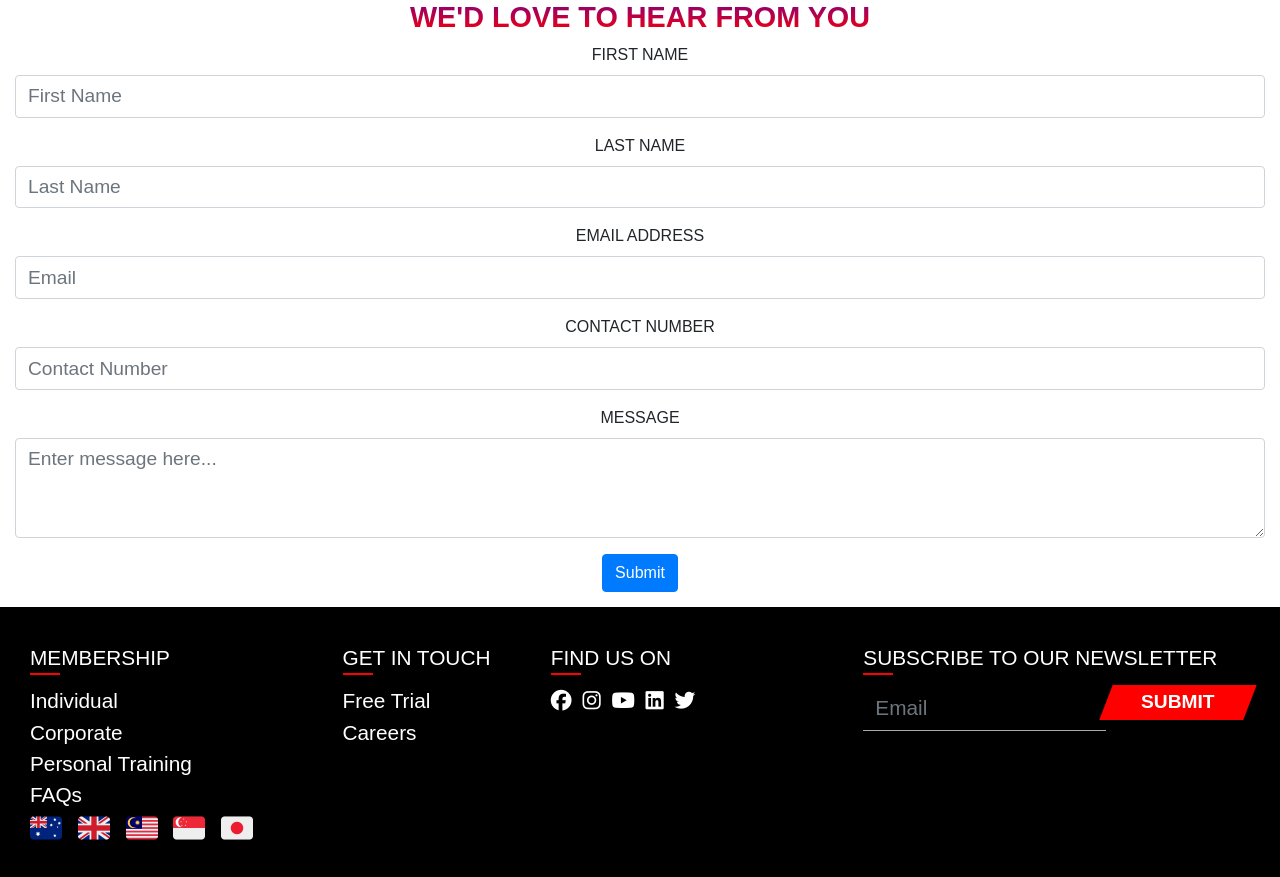
Repository: KJY93/User_Centric_Frontend_Development_Project
Page: contact.html
The author's editor kept a record of every edit. The page is drawn from the files as they stood at one moment, then again after the next edit.
The browser window is 1280 px wide. The pictures show the part of the page from y = 263 to 1164 px (the page is 1140 px tall before and 1164 px after).
Some web fonts or font styles are not loaded; a fallback is used. Some web libraries are served in a nearby version.

Above is the page before.

### contact.html
<!DOCTYPE html>
<html lang="en-US">
	<head>
	    <meta charset="UTF-8">
	    <meta name="viewport" content="width=device-width, initial-scale=1.0">
	    <meta http-equiv="X-UA-Compatible" content="ie=edge">
	    <title>Shape Shifters | Our Clubs</title>

		<!-- Google Fonts -->
	    <link href="https://fonts.googleapis.com/css?family=Cute+Font&display=swap" rel="stylesheet">

	    <!-- Logo -->
	    <link rel="icon" href="static/fitness-logo.ico">

	    <!-- Bootstrap CSS -->
	    <link rel="stylesheet" href="https://stackpath.bootstrapcdn.com/bootstrap/4.3.1/css/bootstrap.min.css" integrity="sha384-ggOyR0iXCbMQv3Xipma34MD+dH/1fQ784/j6cY/iJTQUOhcWr7x9JvoRxT2MZw1T" crossorigin="anonymous">

	    <!-- External CSS StyleSheet -->
		<link rel="stylesheet" type="text/css" href="static/styles.css">

		<!-- Bootstrap JS -->
	    <script src="https://code.jquery.com/jquery-3.3.1.slim.min.js" integrity="sha384-q8i/X+965DzO0rT7abK41JStQIAqVgRVzpbzo5smXKp4YfRvH+8abtTE1Pi6jizo" crossorigin="anonymous"></script>
	    <script src="https://cdnjs.cloudflare.com/ajax/libs/popper.js/1.14.7/umd/popper.min.js" integrity="sha384-UO2eT0CpHqdSJQ6hJty5KVphtPhzWj9WO1clHTMGa3JDZwrnQq4sF86dIHNDz0W1" crossorigin="anonymous"></script>
	    <script src="https://stackpath.bootstrapcdn.com/bootstrap/4.3.1/js/bootstrap.min.js" integrity="sha384-JjSmVgyd0p3pXB1rRibZUAYoIIy6OrQ6VrjIEaFf/nJGzIxFDsf4x0xIM+B07jRM" crossorigin="anonymous"></script>

	    <!-- Font Awesome -->
	    <script src="https://kit.fontawesome.com/3df94da5fe.js"></script>
	</head>
	<body>
	    <main>
	        <!-- Navbar -->
			<nav class="navbar navbar-expand-md navbar-dark bg-danger">
			  	<a class="navbar-brand" href="#"><i class="fas fa-home"></i></a>
			  	<button class="navbar-toggler" type="button" data-toggle="collapse" data-target="#navbarNav">
			    <span class="navbar-toggler-icon"></span>
			  	</button>
			  	<div class="collapse navbar-collapse" id="navbarNav">
			    	<ul class="navbar-nav ml-auto">
			      		<li class="nav-item">
			        		<a class="nav-link" href="#">Clubs</a>
			      		</li>
			      		<li class="nav-item">
			        		<a class="nav-link" href="#">Timetables</a>
			      		</li>
			    	</ul>

			    	<ul class="navbar-nav ml-auto">
			      		<li class="nav-item">
			        		<a class="nav-link" href="#">Contact Us</a>
			      		</li>
			    	</ul>
			  	</div>
			</nav>

			<!-- Timetables background -->
			<div id="contact-us-background"></div>

			<!-- Contact Us Header-->
			<div>
				<h1 class="club-header contact-us"><strong>WE'D LOVE TO HEAR FROM YOU</strong></h1>
			</div>

			<div class="container-fluid">

                <form method="post" action="">
                    <div class="form-group">
                        <div class="form-attribute"><label for="firstname">FIRST NAME</label></div>
                        <input type="text" class="form-control form-placeholder" id="firstname" placeholder="First Name">
                    </div>

                    <div class="form-group">
                        <div class="form-attribute"><label for="lastname">LAST NAME</label></div>
                        <input type="text" class="form-control form-placeholder" id="lastname" placeholder="Last Name">
                    </div>

                    <div class="form-group">
                        <div class="form-attribute"><label for="email-address">EMAIL ADDRESS</label></div>
                        <input type="email" class="form-control form-placeholder" id="email-address" placeholder="Email">
                    </div>

                    <div class="form-group">
                        <div class="form-attribute"><label for="contact-number">CONTACT NUMBER</label></div>
                        <input type="text" class="form-control form-placeholder" id="contact-number" placeholder="Contact Number">
                    </div>

                    <div class="form-group">
                        <div class="form-attribute"><label for="message-field">MESSAGE</label></div>
                        <textarea class="form-control form-placeholder" id="message-field" rows="3" placeholder="Enter message here..."></textarea>
                    </div>

                    <div class="generic-submit-btn-container"><button type="submit" class="btn btn-primary">Submit</button></div>
                </form>
			</div>

			<!-- Footer -->
			<footer>
				<div class="container-fluid">
					<div class="row">
						<div class="col-sm-12 col-md-3">
							<div>MEMBERSHIP</div>
							<div class="separator"></div>
							<div>Individual</div>
							<div>Corporate</div>
							<div>Personal Training</div>
							<div>FAQs</div>
						</div>

						<div class="col-sm-12 col-md-2">
							<div>GET IN TOUCH</div>
							<div class="separator"></div>
							<div>Free Trial</div>
							<div>Careers</div>
						</div>

						<div class="col-sm-12 col-md-3">
							<div>FIND US ON</div>
							<div class="separator"></div>
							<div>
								<i class="fab fa-facebook social-media-logo"></i>
								<i class="fab fa-instagram social-media-logo"></i>
								<i class="fab fa-youtube social-media-logo"></i>
								<i class="fab fa-linkedin social-media-logo"></i>
								<i class="fab fa-twitter social-media-logo"></i>
							</div>
						</div>

						<div class="col-sm-12 col-md-4">
							<div>SUBSCRIBE TO OUR NEWSLETTER</div>

							<div class="separator"></div>

							<form method="post" action="">
								<div class="input-field-container">
									<div class="form-group">
										<input input id="subscription" type="email" class="form-control" placeholder="Email" required>
									</div>

									<div class="each">
										<button type="button" class="submit-btn" value="submit"><span>SUBMIT</span></button>
									</div>
								</div>
							</form>
						</div>

						<div class="col-sm-12">
							<img class="flag-logo" src="static/australia-flag.png" alt="australia flag"/>
							<img class="flag-logo" src="static/uk-flag.png" alt="uk flag"/>
							<img class="flag-logo" src="static/mys-flag.png" alt="malaysia flag"/>
							<img class="flag-logo" src="static/sg-flag.png" alt="singapore flag"/>
							<img class="flag-logo" src="static/jpn-flag.png" alt="japan flag"/>
						</div>
					</div>
				</div>
			</footer>

	   </main>
	</body>
</html>

### static/styles.css
body, html {
	height: 100%;
}

body {
	font-family: 'Cute Font', cursive, sans-serif;
}

#subscription {
  background: transparent;
  border: none;
  border-bottom: 1px solid #a9a9a9;
  box-shadow: none;
  border-radius: 0;
}

.iframe-video-size {
	width: 300px;
	height: 320px;
}

.social-media-logo {
	margin-right: 5px;
}

.separator {
	margin-bottom: 10px;
	height: 2px;
	width: 30px;
	background: rgb(255, 0, 0);
	z-index: 1;
}

.row {
	margin-left: 0;
	margin-right: 0;
}

#advert > h1 {
	color: #ffffff;
}

#signup-link {
	color: #ffffff;
}

input[type="email"] {
 	font-size: 1em;
}

.col-sm-12, .col-md-6, .nav-link, #signup-link {
	font-size: 1.3em;
}

.link-deco:link {
	text-decoration: none;
}

.link-deco:hover {
	font-size:120%;
}

.link-font-color, button > .link-deco:hover {
	color: #ffffff;
}

.box2, .box3 {
	background: rgba(255,117,117,0.1);
}

.button-container, p, .challenge-container, #signup-container, .box3, .box2 {
	text-align: center;
}

#divider {
	width: 100%;
	border: 1px solid black;
}

footer {
	padding-top: 35px;
	padding-bottom: 35px;
	background: rgba(0, 0, 0);
	color: #ffffff;
}

.box1 {
	background:url('../static/background-mobile.jpg');
	background-repeat: no-repeat;
	background-size: 100% 100%;
	height: 400px;
	display: flex;
	align-items: center;
	justify-content: center;
}

/*https://codepen.io/adamjohnson/pen/aokGt*/
/* Skew button design adapted from the above codepen project*/
.submit-btn {
	color: #fff;
	background: #ff0000;
	font-weight: 700;
	text-align: center;
	text-decoration: none;
	border: 0;
	outline: 0;
	font-size: 1.2rem;
	padding: 12px 35px;
	display: inline-block;
	transform: skew(-21deg);
	border-radius: 0;
}

.input-field-container {
	display: flex;
	flex-direction: row;
}

.submit-btn:hover {
	background: #0069a8;
}

span {
	display: inline-block; /* change to inline-block so that the text can be un-skewed*/
}

.submit-btn > span {
	-webkit-transform: skew(21deg);  /* Un-skew the text */
}

.btn-group {
	padding-left: 15px;
}

.flag-logo {
	padding-right: 10px;
}

#club-header-background {
	background:url('../static/bodycombat.jpg');
	background-repeat: no-repeat;
	background-size: 100% 100%;
	height: 200px;
}

.club-header {
	text-align: center;
	background: linear-gradient(to top, #ff0000 , #800080);
	-webkit-background-clip: text;
	-webkit-text-fill-color: transparent;
	font-size: 2.5em;
}

.location {
	display: flex;
	flex-direction: column;
	justify-content: center;
	align-items: center;
	color: #ffffff;
	margin-bottom: 20px;
}

.location:link {
	text-decoration: none;
}

.location:hover {
	opacity: 0.8;
}

.location:hover .location-name, .location:hover .club-info {
	background: linear-gradient(to top, #ff0000 , #ff9800);
	-webkit-background-clip: text;
	-webkit-text-fill-color: transparent;
}

.location-name {
	font-size: 2.3em;
}

.club-info {
	font-size: 1.2em;
	border: 1px solid #ffffff;
	padding-left: 20px;
	padding-right: 20px;
	border-radius: 20px;
}

#location-image-1 {
	background:url('../static/paragon.jpg');
    background-size: 100% 100%;
    background-repeat: no-repeat;
    background-position: center;
	border-radius: 10px;
	height: 250px;
}

#location-image-2 {
	background:url('../static/clarke-quay.jpg');
    background-size: 100% 100%;
    background-repeat: no-repeat;
    background-position: center;
	border-radius: 10px;
	height: 250px;
}

#location-image-3 {
	background:url('../static/tanjongpagar.jpg');
    background-size: 100% 100%;
    background-repeat: no-repeat;
    background-position: center;
	border-radius: 10px;
	height: 250px;
}

#location-image-4 {
	background:url('../static/vivocity.jpg');
    background-size: 100% 100%;
    background-repeat: no-repeat;
    background-position: center;
	border-radius: 10px;
	height: 250px;
}

#location-image-5 {
	background:url('../static/rafflesplace.jpg');
    background-size: 100% 100%;
    background-repeat: no-repeat;
    background-position: center;
	border-radius: 10px;
	height: 250px;
}

#location-image-6 {
	background:url('../static/rafflesmall.jpg');
    background-size: 100% 100%;
    background-repeat: no-repeat;
    background-position: center;
	border-radius: 10px;
	height: 250px;
}

#timetables-header-background {
	background:url('../static/groupyoga.jpg');
	background-repeat: no-repeat;
	background-size: 100% 100%;
	height: 250px;
}

/* override text alignment and font-size*/
.table {
	text-align: center;
	font-size: 1.3rem;
}

#contact-us-background {
	background:url('../static/reachout.jpg');
	background-repeat: no-repeat;
	background-size: 100% 100%;
	height: 200px;
}


.generic-submit-btn-container, .form-attribute {
	text-align: center;
}

.contact-us {
	font-size: 1.8em;
}

.generic-submit-btn-container {
	margin-bottom: 15px;
}

#contact-form, .form-placeholder:placeholder-shown, textarea:placeholder-shown {
  font-size: 1.2em;
}

/* for extra small device */
@media (max-width: 400px) {
	.iframe-video-size {
	width: 260px;
	height: 320px;
	}

	#club-header-background {
		height: 160px;
	}

	.club-header {
		font-size: 2.0em;
	}

	.location-name {
		font-size: 2.0em;
	}

	.club-info {
		font-size: 1.0em;
	}

	.contact-us {
		font-size: 1.5em;
	}
}

/* for medium screen device */
@media (min-width: 768px) and (max-width: 991.98px) {
	.box1 {
		background:url('../static/background.jpg');
		background-repeat: no-repeat;
		height: 550px;
		background-size: 100% 100%;
	}

	.box2 {
		text-align: center;
	}

	.btn-group {
		padding-left: 0;
	}

	.iframe-video-size {
		width: 340px;
		height: 320px;
	}

	#timetables-header-background {
		height: 450px;
	}

	.table {
		font-size: 1.8rem;
	}

	#contact-us-background {
		height: 450px;
	}

	.form-attribute, .form-placeholder:placeholder-shown, textarea:placeholder-shown {
	  font-size: 1.8em;
	}
}

/* for large screen device */
@media (min-width: 992px) {
	.box1 {
		height: 600px;
	}

	.btn-group {
		padding-left: 0;
	}

	.submit-btn {
		padding: 3px 35px;
	}

	.iframe-video-size {
		width: 470px;
		height: 320px;
	}

	#club-header-background {
		height: 376px;
	}

	#timetables-header-background {
		height: 600px;
	}
}

After the next edit:
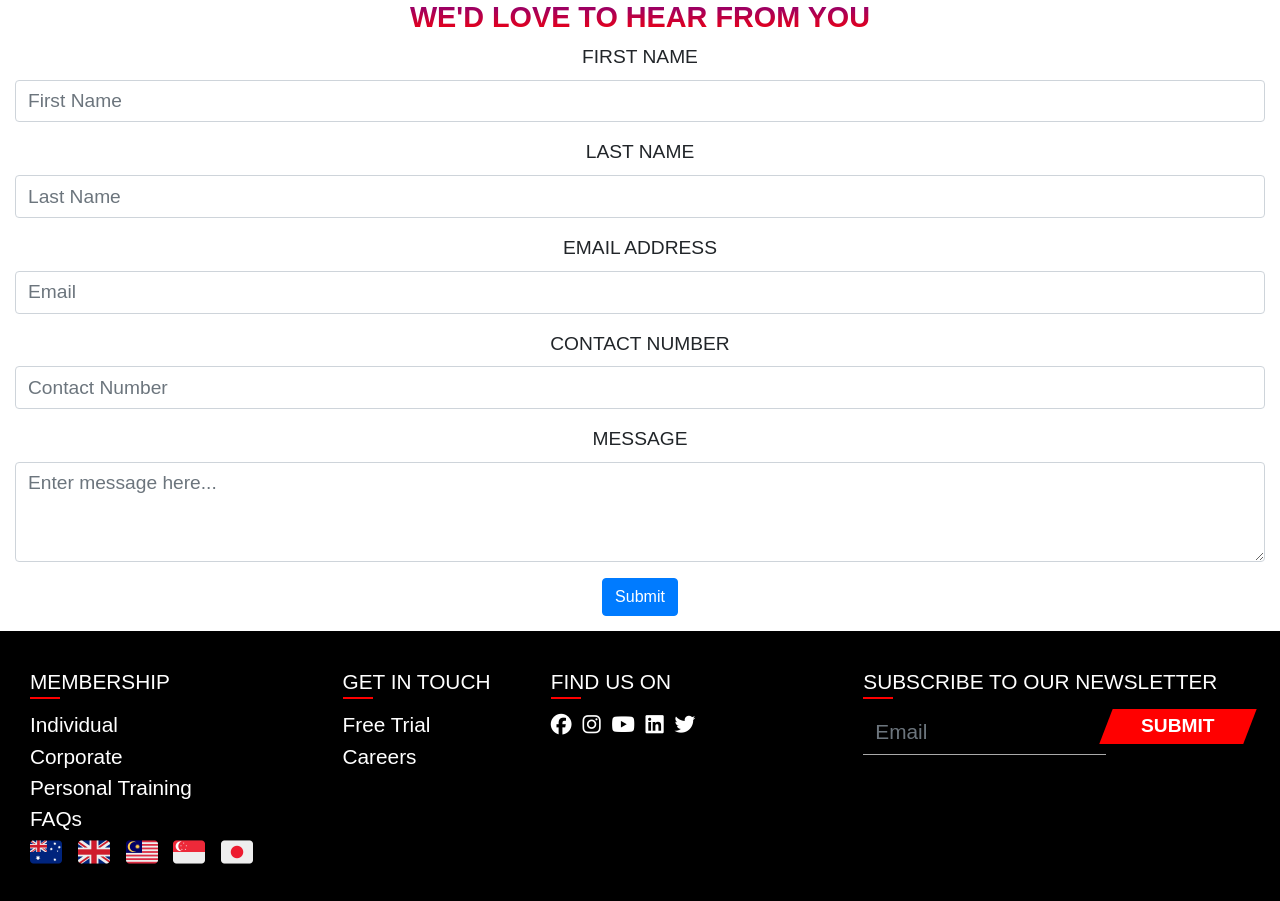
The edit:
--- a/static/styles.css
+++ b/static/styles.css
@@ -273,7 +273,7 @@
 	margin-bottom: 15px;
 }
 
-#contact-form, .form-placeholder:placeholder-shown, textarea:placeholder-shown {
+.form-attribute, .form-placeholder:placeholder-shown, textarea:placeholder-shown {
   font-size: 1.2em;
 }
 
